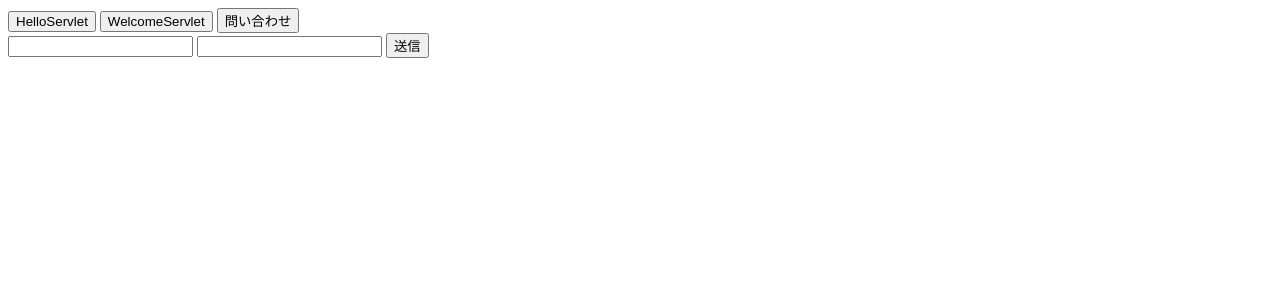
Repository: sinrisjp/test
Page: http://localhost/HelloServlet/
These files come from the project's save history. The page is drawn as it stood at one moment and after the next save; the edit follows.
The browser window is 1280 px wide. The pictures show the whole page.
The page is served by Tomcat 9. Other server files are loaded and not shown.

Above is the page before, as saved 2018-10-26 10:57:23.

### HelloServlet/WebContent/index.jsp
<%@ page language="java" contentType="text/html; charset=UTF-8"
    pageEncoding="UTF-8"%>
<!DOCTYPE html>
<html>
<head>
<meta charset="UTF-8">
<title>HelloServlet</title>
</head>
<body>
<input type="button" value="HelloServlet" onClick="location.href='HelloServlet'">
<input type="button" value="WelcomeServlet" onClick="location.href='welcome.jsp'">
<input type="button" value="問い合わせ" onClick="location.href='inquiry.jsp'">

<form method="get" action="TestServlet">
<input type="text" name="username">
<input type="password" name="password">
<input type="submit" value="送信">
</form>

<form method="post" action="TestServlet">

</form>
</body>
</html>

After the next save:
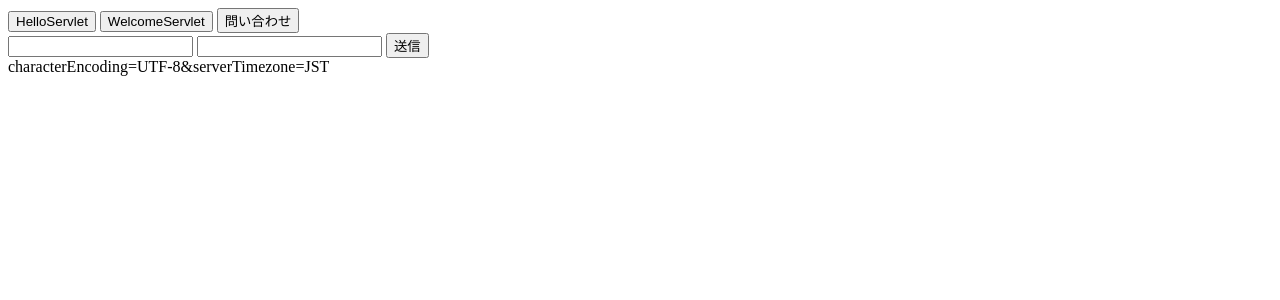
Saved 8 s later.
--- a/HelloServlet/WebContent/index.jsp
+++ b/HelloServlet/WebContent/index.jsp
@@ -18,7 +18,7 @@
 </form>
 
 <form method="post" action="TestServlet">
-
+characterEncoding=UTF-8&serverTimezone=JST
 </form>
 </body>
 </html>
